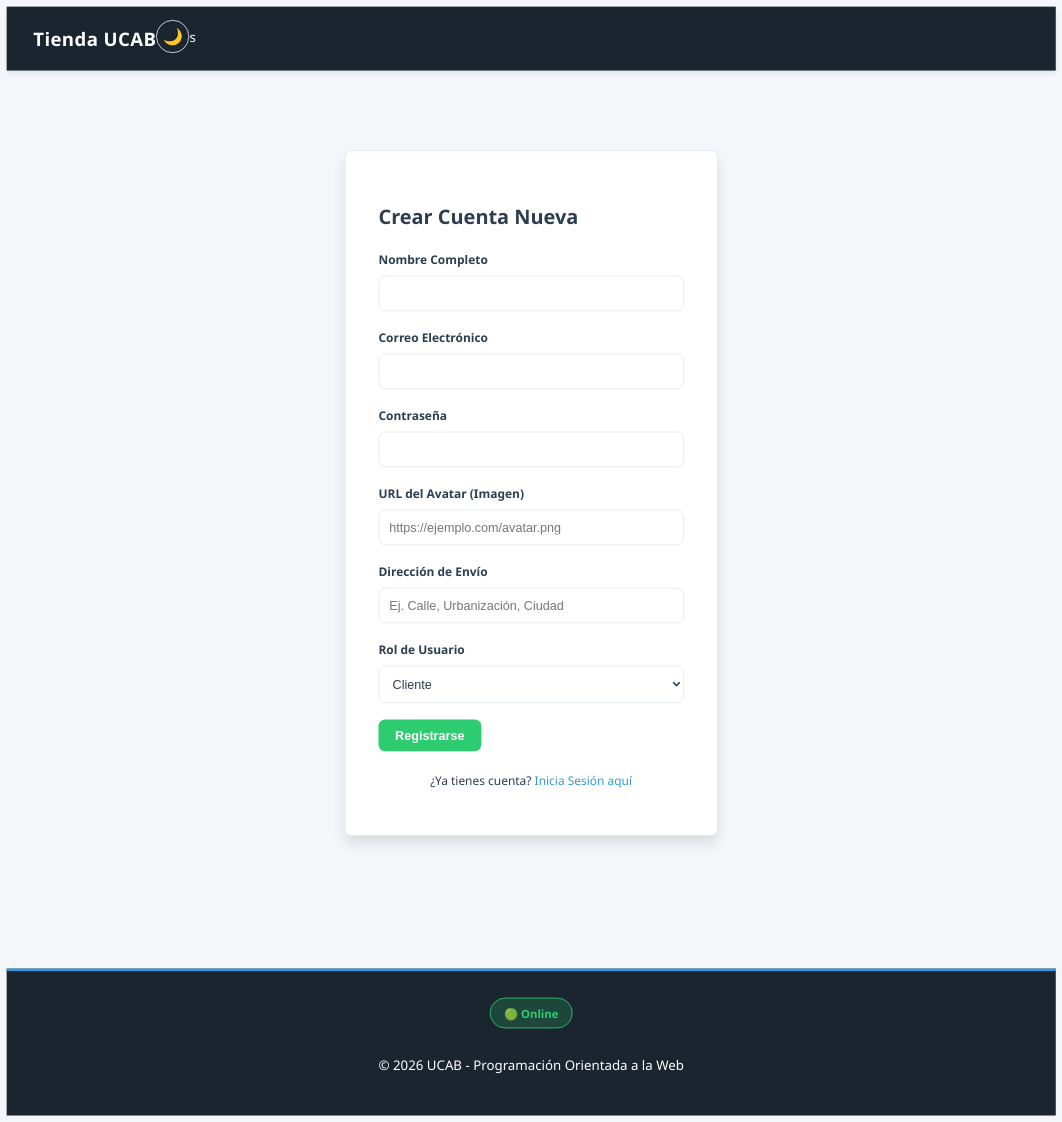
Repository: CamiloCeci/ecommerce-ucab
Page: registro.html
An editor plug-in stored every save of this project. The page is shown before and after the next save, followed by the edit.
The browser window is 1280 px wide. The pictures show the whole page, at 83% of full size.

Above is the page before, as saved 2026-06-08 12:16:39.

### registro.html
<!DOCTYPE html>
<html lang="es">
<head>
    <meta charset="UTF-8">
    <meta name="viewport" content="width=device-width, initial-scale=1.0">
    <title>E-commerce UCAB | Registro de Usuario</title>
    <link rel="stylesheet" href="css/styles.css">
</head>
<body>
    <header>
        <nav class="navbar">
            <div class="logo">Tienda UCAB</div>
            <button id="theme-toggle" class="btn-icon">🌙</button>s
        </nav>
    </header>

    <main class="container-auth">
        <section class="auth-card">
            <h2>Crear Cuenta Nueva</h2>
            <form id="register-form">
                <div class="form-group">
                    <label for="reg-name">Nombre Completo</label>
                    <input type="text" id="reg-name" required>
                </div>
                <div class="form-group">
                    <label for="reg-email">Correo Electrónico</label>
                    <input type="email" id="reg-email" required>
                </div>
                <div class="form-group">
                    <label for="reg-password">Contraseña</label>
                    <input type="password" id="reg-password" required>
                </div>
                <div class="form-group">
                    <label for="reg-avatar">URL del Avatar (Imagen)</label>
                    <input type="url" id="reg-avatar" placeholder="https://ejemplo.com/avatar.png">
                </div>
                <div class="form-group">
                    <label for="reg-address">Dirección de Envío</label>
                    <input type="text" id="reg-address" placeholder="Ej. Calle, Urbanización, Ciudad" required>
                </div>
                <div class="form-group">
                    <label for="reg-role">Rol de Usuario</label>
                    <select id="reg-role" required>
                        <option value="Cliente">Cliente</option>
                        <option value="Administrador">Administrador</option>
                    </select>
                </div>
                <button type="submit" class="btn-success">Registrarse</button>
            </form>

            <div class="auth-links">
                <p>¿Ya tienes cuenta? <a href="login.html">Inicia Sesión aquí</a></p>
            </div>
        </section>
    </main>

    <footer>
        <div id="network-status" class="status-online">🟢 Online</div>
        <p>&copy; 2026 UCAB - Programación Orientada a la Web</p>
    </footer>

    <script src="js/main.js"></script>
    <script src="js/auth.js"></script>
</body>
</html>

Loaded but not shown: js/main.js (79 lines, source omitted); js/auth.js (59 lines, source omitted); css/styles.css (880 lines, source omitted)

After the next save:
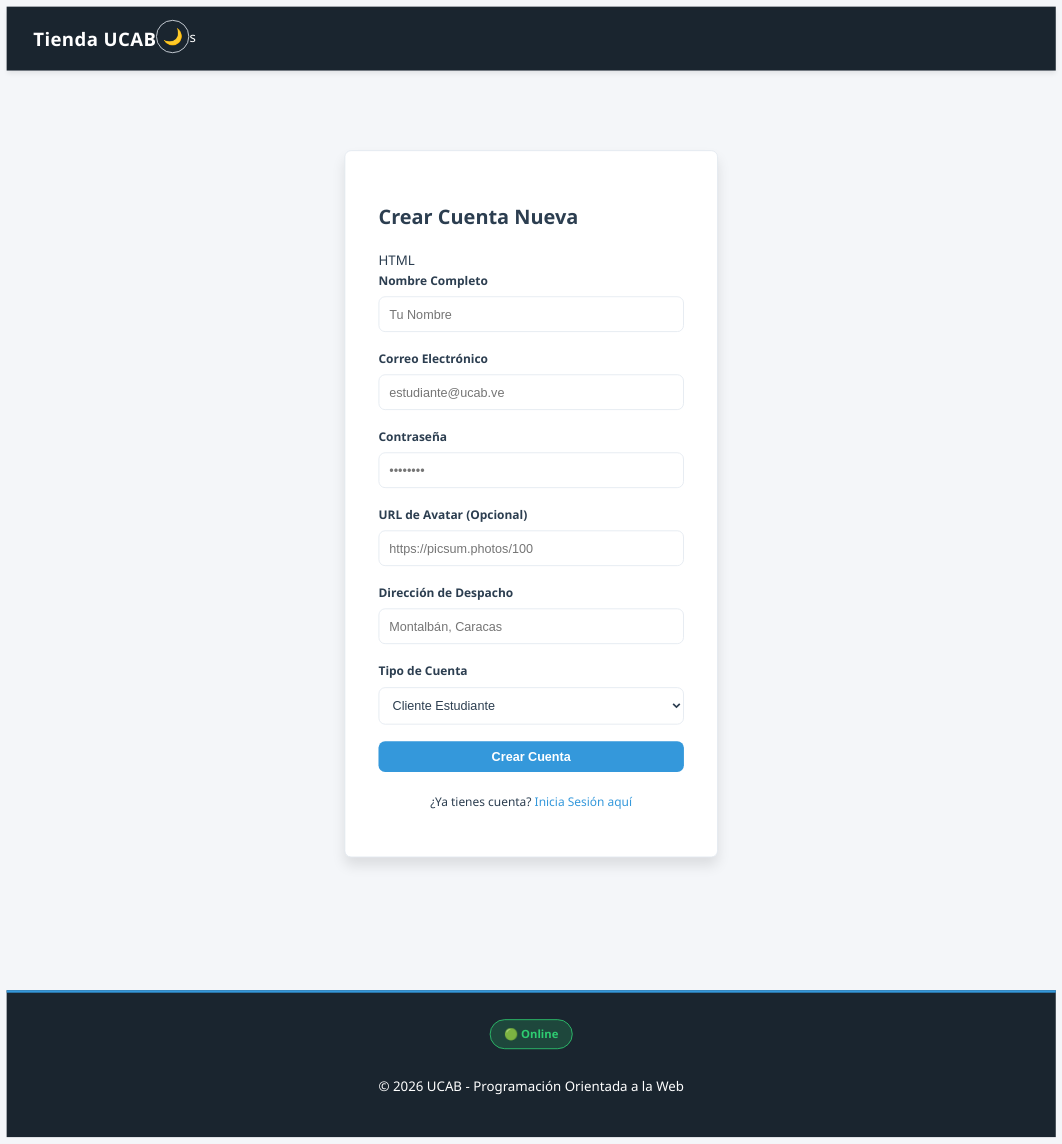
Saved 67 s later.
--- a/registro.html
+++ b/registro.html
@@ -17,35 +17,36 @@
     <main class="container-auth">
         <section class="auth-card">
             <h2>Crear Cuenta Nueva</h2>
+            HTML
             <form id="register-form">
                 <div class="form-group">
                     <label for="reg-name">Nombre Completo</label>
-                    <input type="text" id="reg-name" required>
+                    <input type="text" id="reg-name" placeholder="Tu Nombre" required>
                 </div>
                 <div class="form-group">
                     <label for="reg-email">Correo Electrónico</label>
-                    <input type="email" id="reg-email" required>
+                    <input type="email" id="reg-email" placeholder="estudiante@ucab.ve" required>
                 </div>
                 <div class="form-group">
                     <label for="reg-password">Contraseña</label>
-                    <input type="password" id="reg-password" required>
+                    <input type="password" id="reg-password" placeholder="••••••••" required>
                 </div>
                 <div class="form-group">
-                    <label for="reg-avatar">URL del Avatar (Imagen)</label>
-                    <input type="url" id="reg-avatar" placeholder="https://ejemplo.com/avatar.png">
+                    <label for="reg-avatar">URL de Avatar (Opcional)</label>
+                    <input type="url" id="reg-avatar" placeholder="https://picsum.photos/100">
                 </div>
                 <div class="form-group">
-                    <label for="reg-address">Dirección de Envío</label>
-                    <input type="text" id="reg-address" placeholder="Ej. Calle, Urbanización, Ciudad" required>
+                    <label for="reg-address">Dirección de Despacho</label>
+                    <input type="text" id="reg-address" placeholder="Montalbán, Caracas" required>
                 </div>
                 <div class="form-group">
-                    <label for="reg-role">Rol de Usuario</label>
+                    <label for="reg-role">Tipo de Cuenta</label>
                     <select id="reg-role" required>
-                        <option value="Cliente">Cliente</option>
-                        <option value="Administrador">Administrador</option>
+                        <option value="Cliente">Cliente Estudiante</option>
+                        <option value="Administrador">Administrador de Tienda</option>
                     </select>
                 </div>
-                <button type="submit" class="btn-success">Registrarse</button>
+                <button type="submit" class="btn-primary" style="width:100%;">Crear Cuenta</button>
             </form>
 
             <div class="auth-links">
